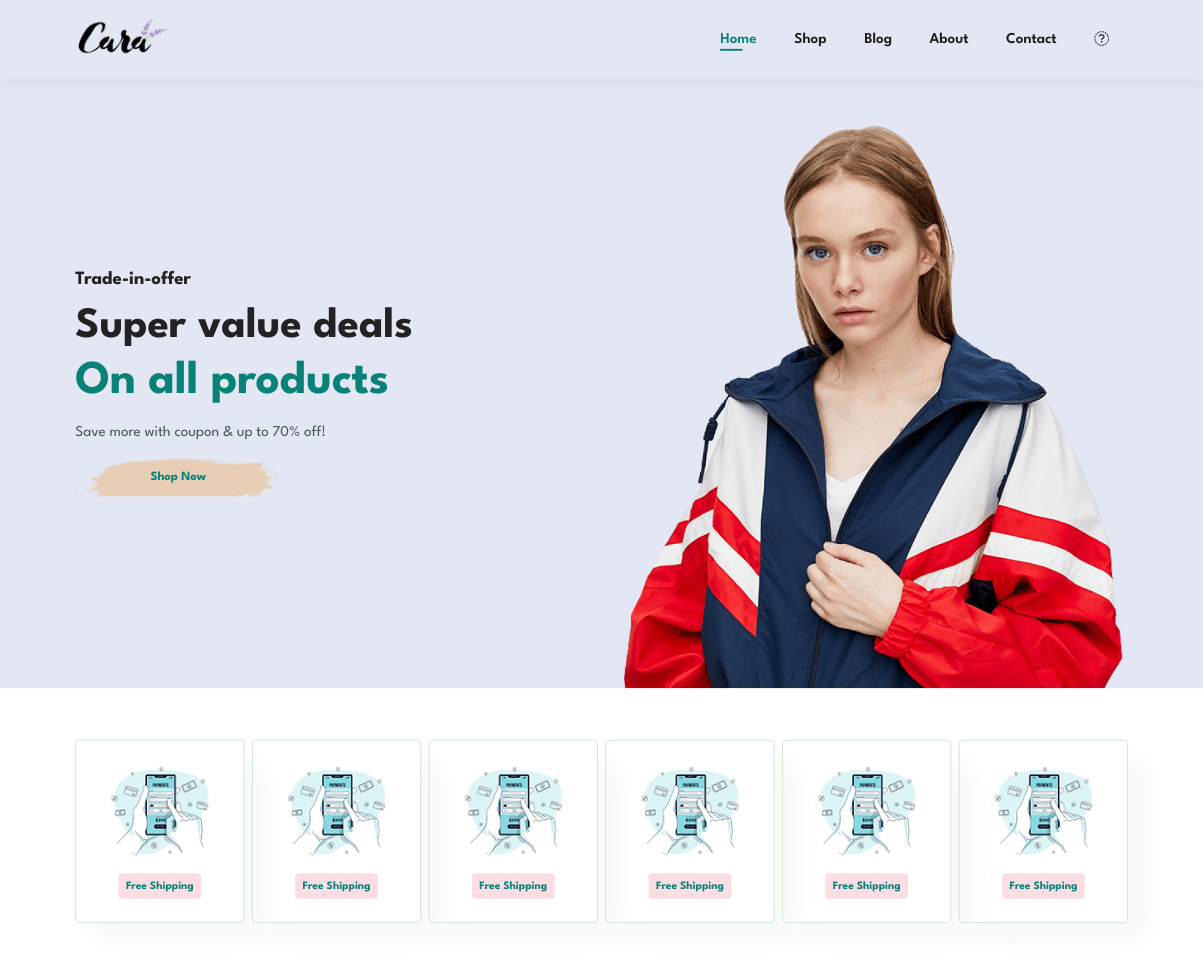
Repository: quy261001/cara
Page: index.html
An editor plug-in stored every save of this project. The page is shown before and after the next save, followed by the edit.
The browser window is 1280 px wide. The pictures show the whole page, at 94% of full size.

Above is the page before, as saved 2022-05-01 13:46:34.

### index.html
<!DOCTYPE html>
<html lang="en">
<head>
  <meta charset="UTF-8">
  <meta http-equiv="X-UA-Compatible" content="IE=edge">
  <meta name="viewport" content="width=device-width, initial-scale=1.0">
  <link rel="stylesheet" href="style.css">
  <title>Cara</title>
</head>
<body>
  <section class="header">
    <a href="#"><img src="img/logo.png" class="logo" alt=""></a>

    <div>
      <ul class="navbar">
        <li><a class="active" href="index.html">Home</a></li>
        <li><a href="shop.html">Shop</a></li>
        <li><a href="blog.html">Blog</a></li>
        <li><a href="about.html">About</a></li>
        <li><a href="contact.html">Contact</a></li>
        <li><a href="cart.html"><i class="far fa-shopping-bag"></i></a></li>
      </ul>
    </div>
  </section>

  <section class="hero">
    <h4>Trade-in-offer</h4>
    <h2>Super value deals</h2>
    <h1>On all products</h1>
    <p>Save more with coupon & up to 70% off!</p>
    <button>Shop Now</button>
  </section>

  <section class="feature section-p1">
    <div class="fe-box">
      <img src="img/features/f1.png" alt="">
      <h6>Free Shipping</h6>
    </div>
    <div class="fe-box">
      <img src="img/features/f1.png" alt="">
      <h6>Free Shipping</h6>
    </div>
    <div class="fe-box">
      <img src="img/features/f1.png" alt="">
      <h6>Free Shipping</h6>
    </div>
    <div class="fe-box">
      <img src="img/features/f1.png" alt="">
      <h6>Free Shipping</h6>
    </div>
    <div class="fe-box">
      <img src="img/features/f1.png" alt="">
      <h6>Free Shipping</h6>
    </div>
    <div class="fe-box">
      <img src="img/features/f1.png" alt="">
      <h6>Free Shipping</h6>
    </div>
  </section>

  <script src="script.js"></script>
  <script defer src="https://pro.fontawesome.com/releases/v5.15.4/js/all.js"></script>
</body>
</html>

### style.css
@import url('https://fonts.googleapis.com/css2?family=League+Spartan:wght@100;200;300;400;500;600;700;800;900&display=swap');
* {
  margin: 0;
  padding: 0;
  box-sizing: border-box;
  font-family: 'League Spartan', sans-serif;
}
h1 {
  font-size: 50px;
  line-height: 64px;
  color: #222;
}
h2 {
  font-size: 46px;
  line-height: 53px;
  color: #222;
}
h4 {
  font-size: 20px;
  color: #222;
}
h6 {
  font-weight: 700;
  font-size: 12px;
}
p {
  font-size: 16px;
  color: #465b52;
  margin: 15px 0 20px 0;
}
.section-p1 {
  padding: 40px 80px;
}
.section-m1 {
  margin: 40px 0;
}
body {
  width: 100%;
}

/* Header-start */
.header {
  display: flex;
  justify-content: space-between;
  align-items: center;
  padding: 20px 80px;
  background-color: #E3E6F3;
  box-shadow: 0 5px 15px rgba(0, 0, 0, 0.06);
  z-index: 999;
  position: sticky;
  top: 0;
  left: 0;
}

.navbar {
  display: flex;
  align-items: center;
  justify-content: center;
}

.navbar li {
  list-style: none;
  padding: 0 20px;
  position: relative;
}

.navbar li a {
  text-decoration: none;
  font-size:16px;
  font-weight: 600;
  color: #1a1a1a;
  transition: 0.3s ease;
}

.navbar li a:hover,
.navbar li a.active {
  color: #088178;
}

.navbar li a.active::after,
.navbar li a:hover::after {
  content: "";
  width: 30%;
  height: 2px;
  background-color: #088178;
  position: absolute;
  bottom: -4px;
  left: 20px;
}
/* Home page */
.hero {
  background-image: url("img/hero4.png");
  height: 90vh;
  width: 100%;
  background-position: top 25% right 0;
  background-size: cover;
  display: flex;
  justify-content: center;
  align-items: flex-start;
  flex-direction: column;
  padding: 0 80px;
}

.hero h4 {
  padding-bottom: 15px;
}

.hero h1 {
  color: #088178;
}

.hero button {
  background-image: url("img/button.png");
  background-color: transparent;
  color: #088178;
  border: 0;
  padding: 14px 80px 14px 80px;
  background-repeat: no-repeat;
  cursor: pointer;
  font-weight: 700;
}

.feature {
  display: flex;
  align-items: center;
  justify-content: space-between;
  flex-wrap: wrap;
}

.feature .fe-box {
   width: 180px;
   text-align: center;
   padding: 25px 15px;
   box-shadow: 20px 20px 34px rgba(0, 0, 0, 0.03);
   border: 1px solid #cce7d0;
   border-radius: 4px;
   margin: 15px 0;
}

.feature .fe-box:hover {
  box-shadow: 10px 10px 54px rgba(70, 62, 221, 0.1);
}
.feature .fe-box img {
  width: 100%;
  margin-bottom: 10px;
}
.feature .fe-box h6 {
  display: inline-block;
  padding: 9px 8px 6px 8px;
  line-height: 1;
  border-radius: 4px;
  color: #088178;
  background-color: #fddde4;
}

Loaded but not shown: script.js (no copy from this time; the picture is the same without it)

After the next save:
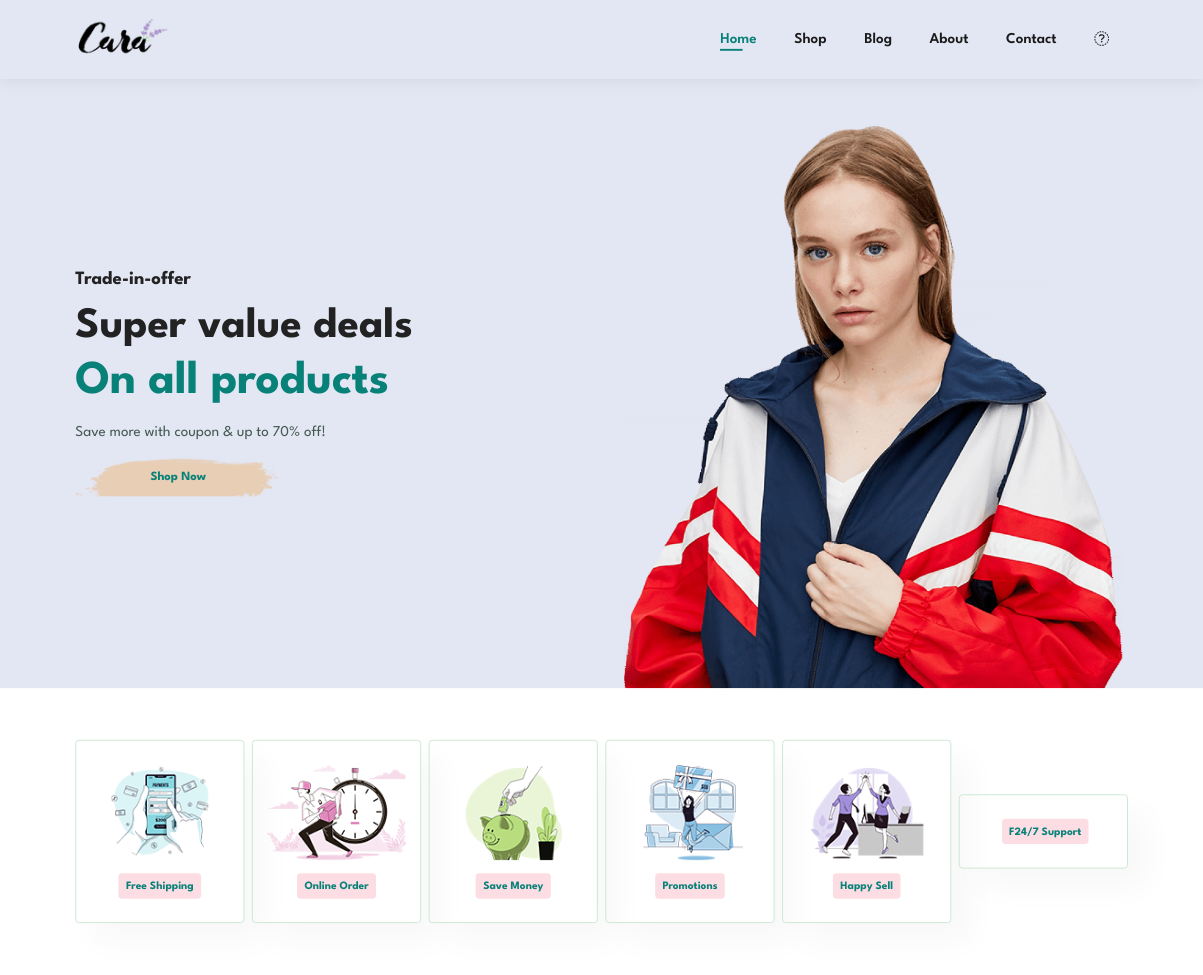
Not found: img/features/6.png
Saved 2 min 48 s later.
--- a/index.html
+++ b/index.html
@@ -37,24 +37,24 @@
       <h6>Free Shipping</h6>
     </div>
     <div class="fe-box">
-      <img src="img/features/f1.png" alt="">
-      <h6>Free Shipping</h6>
+      <img src="img/features/f2.png" alt="">
+      <h6>Online Order</h6>
     </div>
     <div class="fe-box">
-      <img src="img/features/f1.png" alt="">
-      <h6>Free Shipping</h6>
+      <img src="img/features/f3.png" alt="">
+      <h6>Save Money</h6>
     </div>
     <div class="fe-box">
-      <img src="img/features/f1.png" alt="">
-      <h6>Free Shipping</h6>
+      <img src="img/features/f4.png" alt="">
+      <h6>Promotions</h6>
     </div>
     <div class="fe-box">
-      <img src="img/features/f1.png" alt="">
-      <h6>Free Shipping</h6>
+      <img src="img/features/f5.png" alt="">
+      <h6>Happy Sell</h6>
     </div>
     <div class="fe-box">
-      <img src="img/features/f1.png" alt="">
-      <h6>Free Shipping</h6>
+      <img src="img/features/6.png" alt="">
+      <h6>F24/7 Support</h6>
     </div>
   </section>
 

After the save that followed:
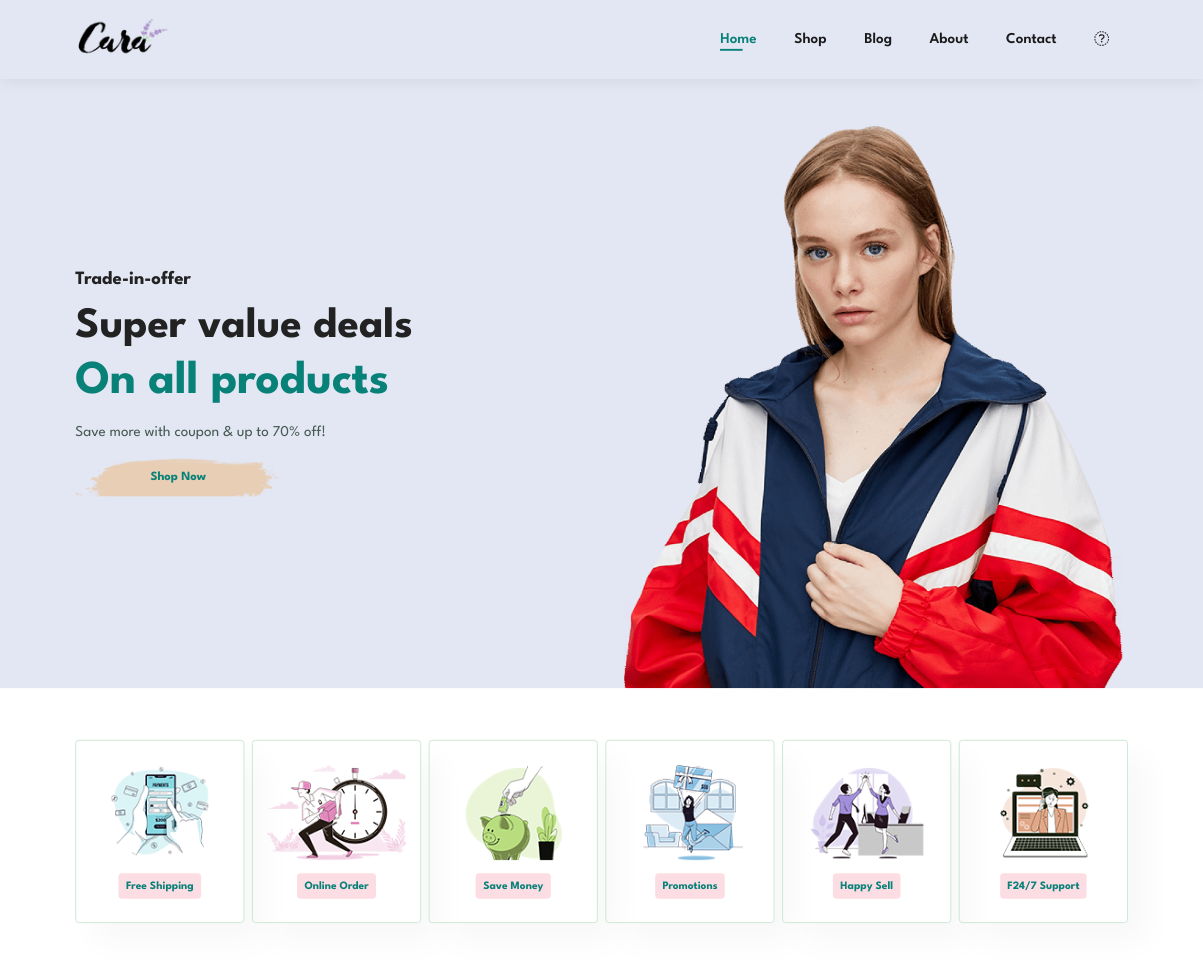
Saved 8 s later.
--- a/index.html
+++ b/index.html
@@ -53,7 +53,7 @@
       <h6>Happy Sell</h6>
     </div>
     <div class="fe-box">
-      <img src="img/features/6.png" alt="">
+      <img src="img/features/f6.png" alt="">
       <h6>F24/7 Support</h6>
     </div>
   </section>
